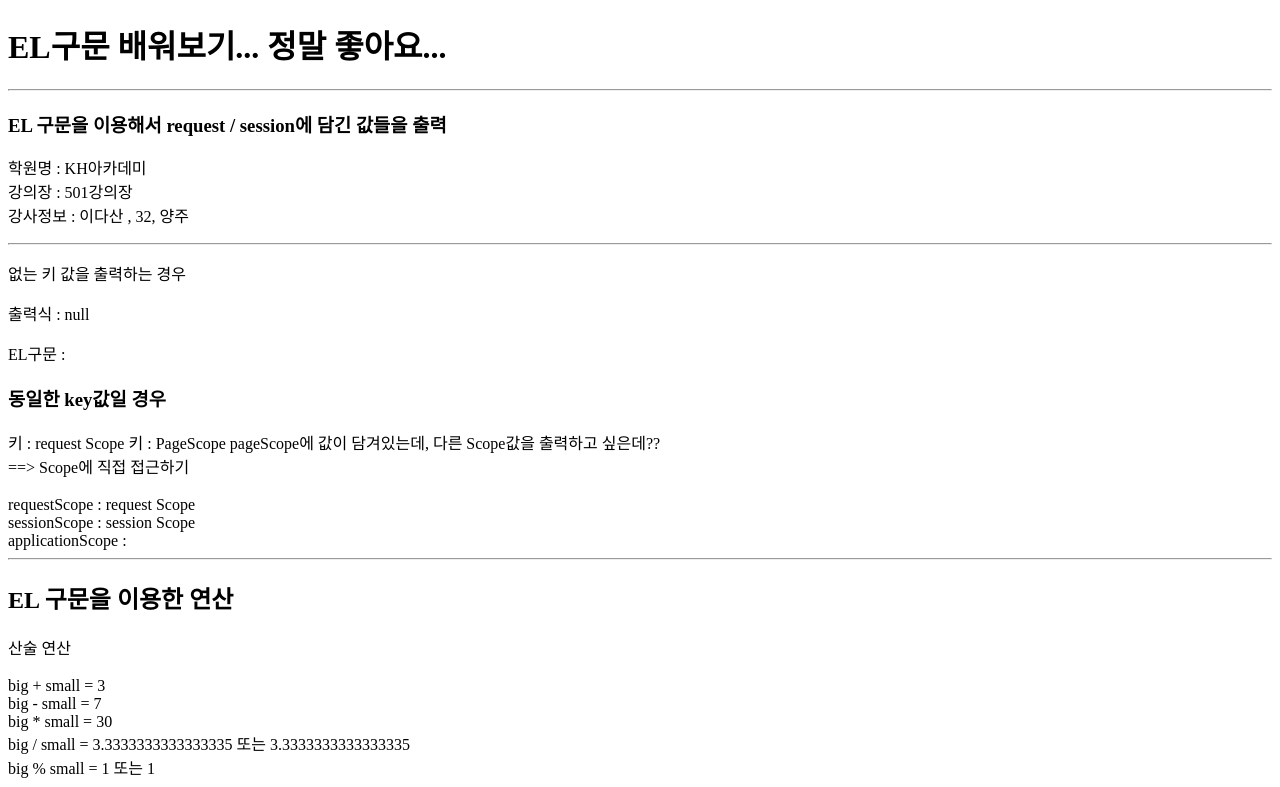
Repository: ham-zi/front-practice
Page: http://localhost/ActionProject/el.do
The author's editor kept a copy of each file at every save. The page is drawn from the files as they stood at one save, then again after the next save.
The browser window is 1280 px wide. The pictures show the whole page.
The page is served by Tomcat 9.

Above is the page before, as saved 2026-05-06 06:27:49.

After the next save:
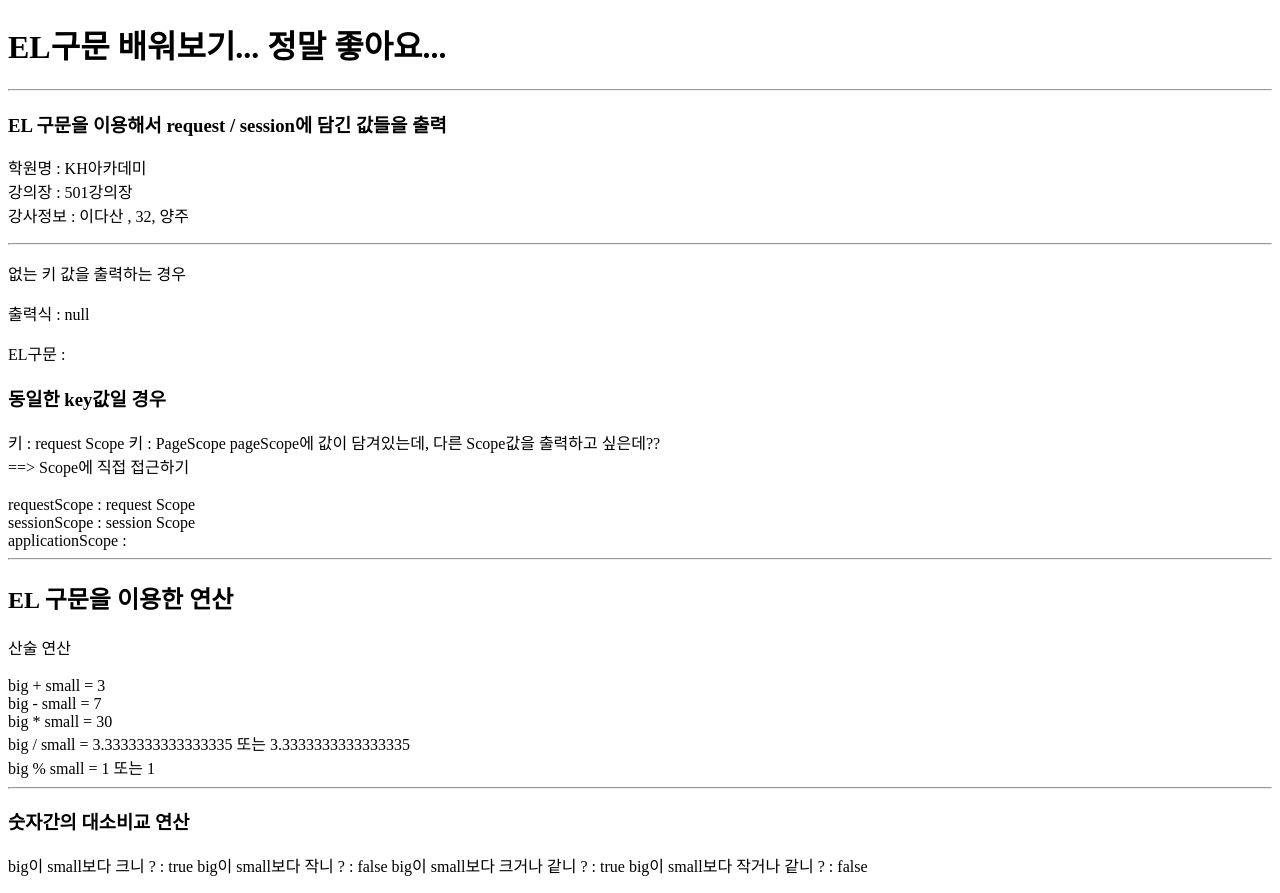
Saved 112 s later.
--- a/dynamic-workspace/ActionProject/src/main/webapp/WEB-INF/views/01_el.jsp
+++ b/dynamic-workspace/ActionProject/src/main/webapp/WEB-INF/views/01_el.jsp
@@ -123,5 +123,16 @@
 	 	big % small = ${ big % small } 또는 ${ big mod small }<br>
 	 	<!-- 결과는 동일하지만 div/mod를 쓰는것을 권장한다... -->
 
+	 <hr>
+
+	 <h3> 숫자간의 대소비교 연산 </h3>
+
+	 <p>
+	 	big이 small보다 크니 ? : ${ big > small}
+	 	big이 small보다 작니 ? : ${ big < small }
+	 	big이 small보다 크거나 같니 ? : ${ big >= small }
+	 	big이 small보다 작거나 같니 ? : ${ big <= small }
+
+	 </p>
 </body>
 </html>
